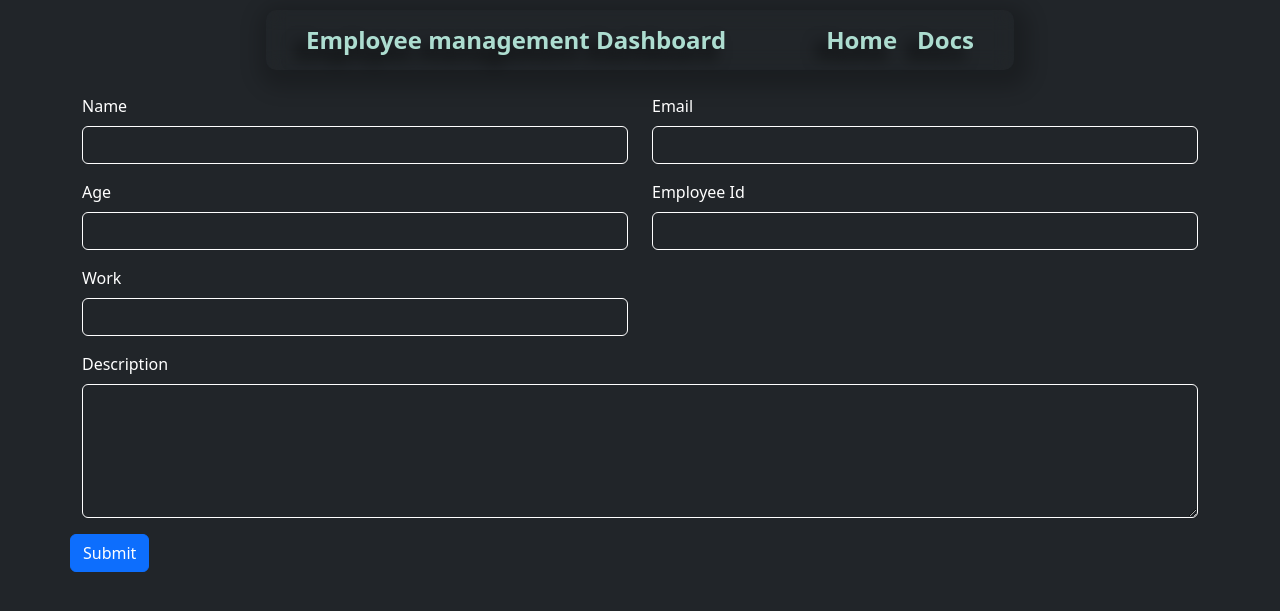
Repository: iamevs/Employee-Management-System
Page: /register (app in client/)
These files come from the project's save history. The page is drawn as it stood at one moment and after the next save; the edit follows.
The browser window is 1280 px wide. The pictures show the whole page.
The project was rebuilt for these pictures with package versions that can differ from the ones it lists, and the page was loaded fresh each time. Also part of the build but not shown: client/vite.config.js, client/src/components/Home.jsx, client/src/components/Edit.jsx, client/src/components/Hero.jsx. Imported but missing from the stored project, and not drawn on this page: client/src/components/Details.

Above is the page before, as saved 2022-11-29 00:49:02.

### client/index.html
<html lang="en">
  <head>
    <meta charset="UTF-8" />
    <link rel="icon" type="image/svg+xml" href="/vite.svg" />
    <meta name="viewport" content="width=device-width, initial-scale=1.0" />
    <title>employee-management</title>
  </head>
  <body>
    <div id="root"></div>
    <script type="module" src="/src/main.jsx"></script>
  </body>
</html>

### client/src/main.jsx
import React, { StrictMode } from 'react';
import ReactDOM from 'react-dom';
import { createRoot } from "react-dom/client";
import './index.css';
import App from './App';
import { BrowserRouter } from "react-router-dom"
import ContextProvider from "./components/context/ContextProvider";
// root.render(
//   <StrictMode>
//   <ContextProvider>
//     <BrowserRouter>
//       <App />
//     </BrowserRouter>
//   </ContextProvider>
//   </StrictMode>
//   ,
//   document.getElementById('root')
// );


createRoot(document.getElementById('root')).render(
  <ContextProvider>
    <BrowserRouter>
      <App />
    </BrowserRouter>
  </ContextProvider>
)

### client/src/index.css
body {
  margin: 0;
  font-family: -apple-system, BlinkMacSystemFont, 'Segoe UI', 'Roboto', 'Oxygen',
    'Ubuntu', 'Cantarell', 'Fira Sans', 'Droid Sans', 'Helvetica Neue',
    sans-serif;
  -webkit-font-smoothing: antialiased;
  -moz-osx-font-smoothing: grayscale;
  background-color: #212529 !important;
  color: #fff !important;
}

code {
  font-family: source-code-pro, Menlo, Monaco, Consolas, 'Courier New',
    monospace;
}

.btns{
  display: flex;
  justify-content: space-between;
}

.btns > .tool, .tool{
  /* border: 1px solid #fff; */
  backdrop-filter: blur(10px);
  box-shadow: 0px 0px 9px 1px rgb(0 0 0 / 35%);
}

.form-control{
  background-color: #212529 !important;
  color: #C8DBBE !important;
  border: 1px solid #fff !important;
}

### client/src/App.jsx
import './App.css';
import "../node_modules/bootstrap/dist/css/bootstrap.min.css"
import "../node_modules/bootstrap/dist/js/bootstrap.bundle.min.js"
import Navbar from './components/Navbar';
import Home from './components/Home';
import Register from './components/Register';
import Edit from './components/Edit';
import Details from './components/Details';
import Hero from "./components/Hero.jsx";
import {Routes,Route} from "react-router-dom"




function App() {
  return (
   <>
    <Navbar />
    <Routes>
      <Route path="/" element={<Hero/>} />
      <Route  path="/home" element={<Home/>} />
      <Route exact path="/register" element={<Register/>} />
      <Route exact path="/edit/:id" element={<Edit/>} />
      <Route exact path="/view/:id" element={<Details/>} />
    </Routes>

   </>
  );
}

export default App;

### client/src/components/context/ContextProvider.jsx
import React, { createContext, useState } from 'react'


export const adddata = createContext("");
export const updatedata = createContext("");
export const deldata = createContext("");

const ContextProvider = ({ children }) => {

    const [udata, setUdata] = useState("");
    const [updata, setUPdata] = useState("");
    const [dltdata, setDLTdata] = useState("");


    return (
        <adddata.Provider value={{ udata, setUdata }}>
            <updatedata.Provider value={{ updata, setUPdata }}>
                <deldata.Provider value={{dltdata, setDLTdata}}>
                    {children}
                </deldata.Provider>

            </updatedata.Provider>

        </adddata.Provider>
    )
}

export default ContextProvider;

### client/src/App.css
.add_btn{
  text-align: right;
}

.container{
  overflow: auto;
}

.left_view h3{
  font-size: 21px;
}

.left_view p{
  font-weight: 600;
}

.left_view span{
  font-weight: 400;
}

.right_view p{
  font-weight: 600;
}


.right_view span{
  font-weight: 400;
}

### client/src/components/Navbar.jsx
import React from 'react'
import { NavLink } from 'react-router-dom'
import { Box, Stack } from "@mui/material";


const Navbar = () => {
    return (
        <Stack justifyContent={"center"} direction={"row"} marginTop={"10px"}>
            <Box justifyContent={"space-between"} alignItems={"center"} className="navbar navbar-expand-lg text-white" sx={{
                backgroundColor: "transparent",
                backdropFilter: "blur(10px) !important",
                position: "relative",
                color: "white",
                boxShadow: "4px 7px 20px 11px rgb(0 0 0 / 20%)",
                height: "60px",
                padding: "0 40px 0 40px",
                width: "auto",
                borderRadius: "10px"
            }}>
                <Box sx={{
                    fontSize: "1.5rem",
                    color: "#ADDDD0",
                    fontWeight: "600",
                    textShadow: "-10px 10px 15px rgba(0, 0, 0, 0.8)",
                    marginRight: "100px"
                }}>Employee management Dashboard</Box>
                <Box direction={"row"}>
                    <a href="/home" style={{
                        fontSize: "1.5rem",
                        color: "#ADDDD0",
                        fontWeight: "600",
                        textShadow: "-10px 10px 15px rgba(0, 0, 0, 0.8)",
                        textDecoration: "none",
                    }}>Home</a>
                    <a href="/" style={{
                        fontSize: "1.5rem",
                        color: "#ADDDD0",
                        fontWeight: "600",
                        textShadow: "-10px 10px 15px rgba(0, 0, 0, 0.8)",
                        textDecoration: "none",
                        marginLeft: "20px"
                    }}>Docs</a>

                </Box>
            </Box>
        </Stack>
    )
}

export default Navbar

### client/src/components/Register.jsx
import React, { useContext, useState } from 'react'
import { NavLink, useNavigate } from 'react-router-dom'
import { adddata } from './context/ContextProvider';

var link = "http://localhost:8001/create";

const Register = () => {

    const { udata, setUdata } = useContext(adddata);

    const history = useNavigate();

    const [inpval, setINP] = useState({
        name: "",
        email: "",
        age: "",
        mobile: "",
        work: "",
        desc: ""
    })

    const setdata = (e) => {
        console.log(e.target.value);
        const { name, value } = e.target;
        setINP((preval) => {
            return {
                ...preval,
                [name]: value
            }
        })
    }


    const addinpdata = async (e) => {
        e.preventDefault();

        const { name, email, work, mobile, desc, age } = inpval;


        if (name == "") {
            alert("name is required")
        } else if (email == "") {
            alert("email is required")
        } else if (!email.includes("@")) {
            alert("enter valid email")
        } else if (work == "") {
            alert("work is required")
        } else if (mobile == "") {
            alert("emp id is required")
        } else if (age == "") {
            alert("age is required")
        } else {

            const res = await fetch(link, {
                method: "POST",
                headers: {
                    "Content-Type": "application/json"
                },
                body: JSON.stringify({
                    name, email, work, mobile, desc, age
                })
            });

            const data = await res.json();
            console.log(data);

            if (res.status === 422 || !data) {
                console.log("error ");
                alert("error");

            } else {
                history("/home");
                setUdata(data)
                console.log("data added");

            }
        }

    }

    return (
        <div className="container">
            <form className="mt-4">
                <div className="row">
                    <div class="mb-3 col-lg-6 col-md-6 col-12">
                        <label for="exampleInputEmail1" class="form-label">Name</label>
                        <input type="text" value={inpval.name} onChange={setdata} name="name" class="form-control" id="exampleInputEmail1" aria-describedby="emailHelp" />
                    </div>
                    <div class="mb-3 col-lg-6 col-md-6 col-12">
                        <label for="exampleInputPassword1" class="form-label">Email</label>
                        <input type="email" value={inpval.email} onChange={setdata} name="email" class="form-control" id="exampleInputPassword1" />
                    </div>
                    <div class="mb-3 col-lg-6 col-md-6 col-12">
                        <label for="exampleInputPassword1" class="form-label">Age</label>
                        <input type="text" value={inpval.age} onChange={setdata} name="age" class="form-control" id="exampleInputPassword1" />
                    </div>
                    <div class="mb-3 col-lg-6 col-md-6 col-12">
                        <label for="exampleInputPassword1" class="form-label">Employee Id</label>
                        <input type="number" value={inpval.mobile} onChange={setdata} name="mobile" class="form-control" id="exampleInputPassword1" />
                    </div>
                    <div class="mb-3 col-lg-6 col-md-6 col-12">
                        <label for="exampleInputPassword1" class="form-label">Work</label>
                        <input type="text" value={inpval.work} onChange={setdata} name="work" class="form-control" id="exampleInputPassword1" />
                    </div>
                    <div class="mb-3 col-lg-12 col-md-12 col-12">
                        <label for="exampleInputPassword1" class="form-label">Description</label>
                        <textarea name="desc" value={inpval.desc} onChange={setdata} className="form-control" id="" cols="30" rows="5"></textarea>
                    </div>

                    <button type="submit" onClick={addinpdata} class="btn btn-primary" style={{width: "auto"}}>Submit</button>
                </div>
            </form>
        </div>
    )
}
export default Register;

After the next save:
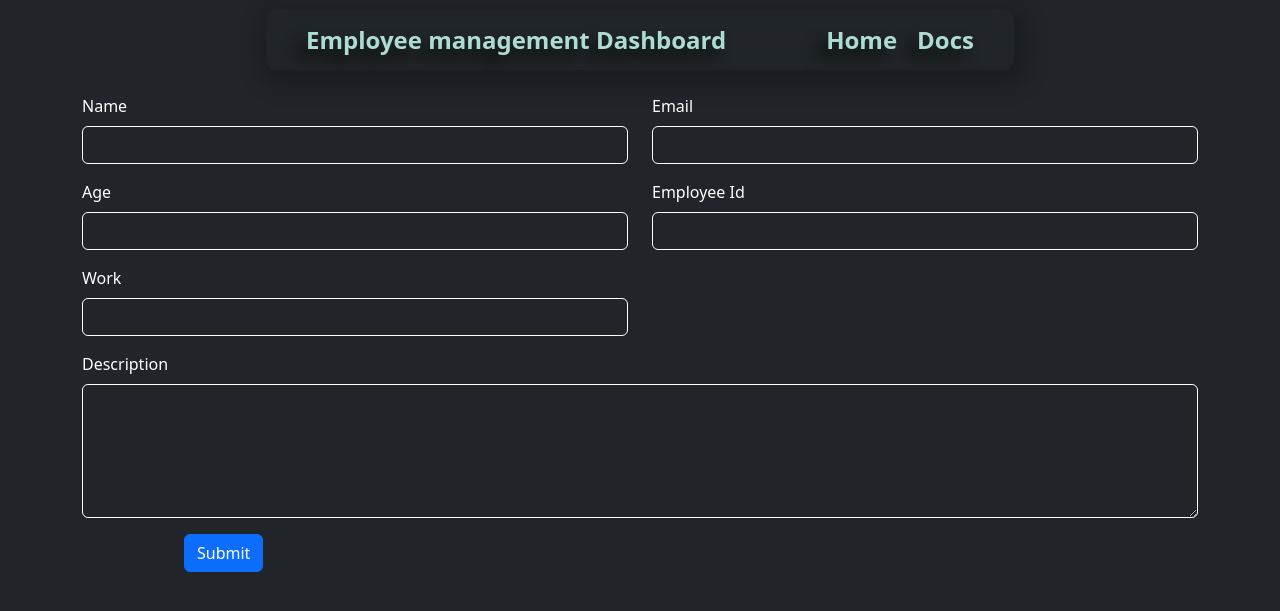
Saved 15 s later.
--- a/client/src/components/Register.jsx
+++ b/client/src/components/Register.jsx
@@ -107,7 +107,7 @@ const Register = () => {
                         <textarea name="desc" value={inpval.desc} onChange={setdata} className="form-control" id="" cols="30" rows="5"></textarea>
                     </div>
 
-                    <button type="submit" onClick={addinpdata} class="btn btn-primary" style={{width: "auto"}}>Submit</button>
+                    <button type="submit" onClick={addinpdata} class="btn btn-primary" style={{width: "auto", marginLeft: "10%"}}>Submit</button>
                 </div>
             </form>
         </div>
